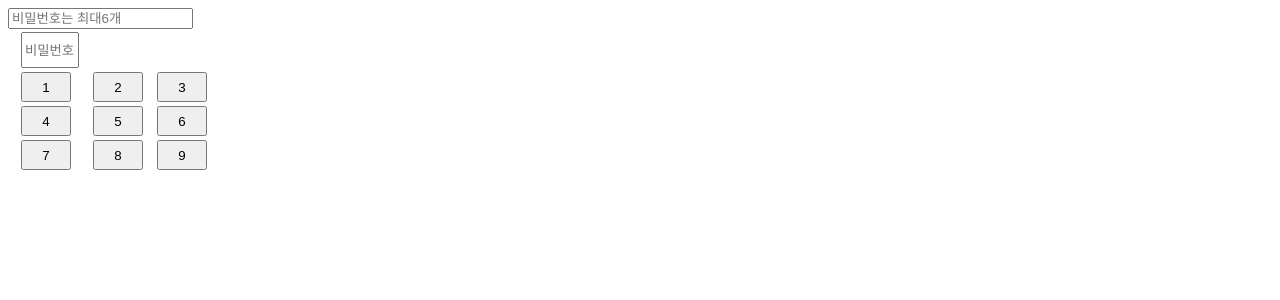
Repository: JungYOsup/Mini_project
Page: http://localhost/EsCape_Room/result_form.jsp
The author's editor kept a copy of each file at every save. The page is drawn from the files as they stood at one save, then again after the next save.
The browser window is 1280 px wide. The pictures show the whole page.
The page is served by Tomcat 9.

Above is the page before, as saved 2018-01-15 09:01:00.

After the next save:
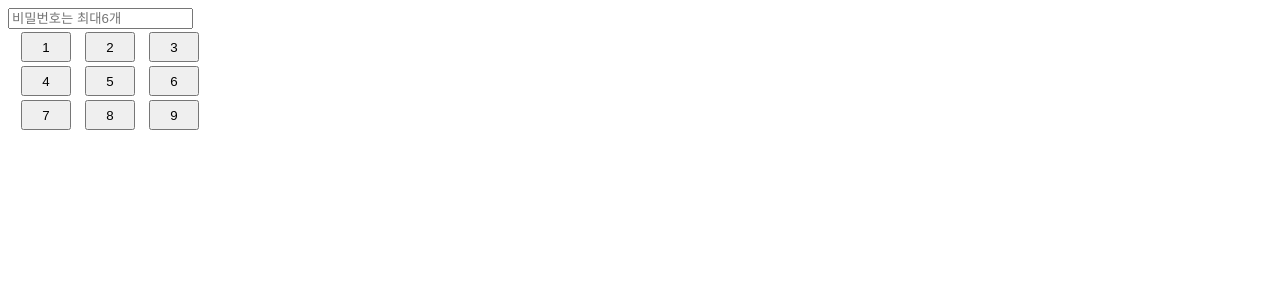
Saved 5 s later.
--- a/EsCape_Room/WebContent/result_form.jsp
+++ b/EsCape_Room/WebContent/result_form.jsp
@@ -61,9 +61,6 @@ table input{
 <body>
 	<input type="text" name="text" id="a" readonly="readonly" placeholder="비밀번호는 최대6개">
 	<table>
-		<tr>
-			<td><input type="text" name="text" id="a" readonly="readonly" placeholder="비밀번호는 최대6개"></td>
-		</tr>
 
 		<tr>
 			<td><input type="button" value="1" onclick="inputText(this.value)"></td>
